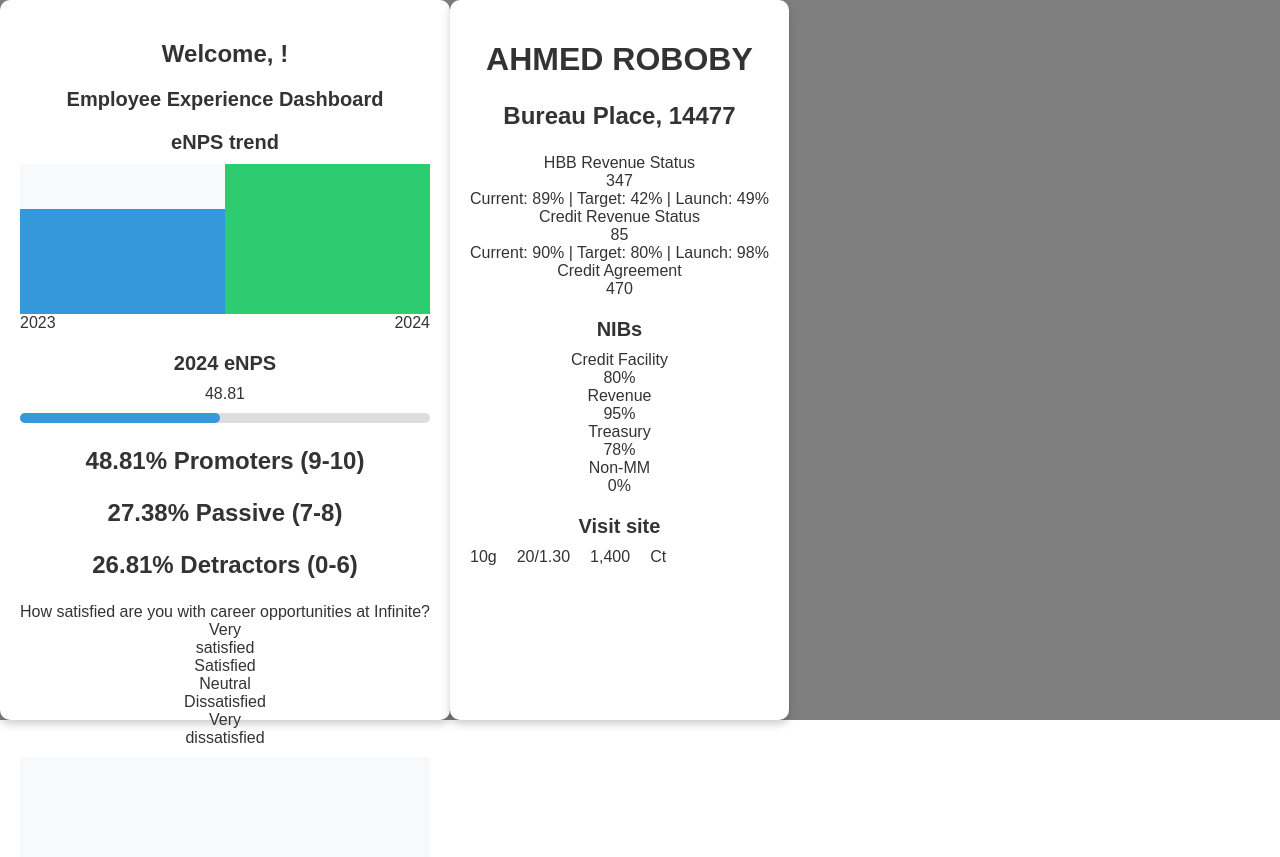
Repository: Ramaryal33/Airline-Management-System
Page: http://localhost/Airline_Management_System/WEB-INF/page/staffDashboard.jsp
The author's editor kept a copy of each file at every save. The page is drawn from the files as they stood at one save, then again after the next save.
The browser window is 1280 px wide. The pictures show the whole page.
The page is served by Tomcat 10. Nobody is signed in. The template is opened directly, without the code that normally fills it, so the values that code supplies are empty.

Above is the page before, as saved 2025-05-01 15:47:31.

After the next save:
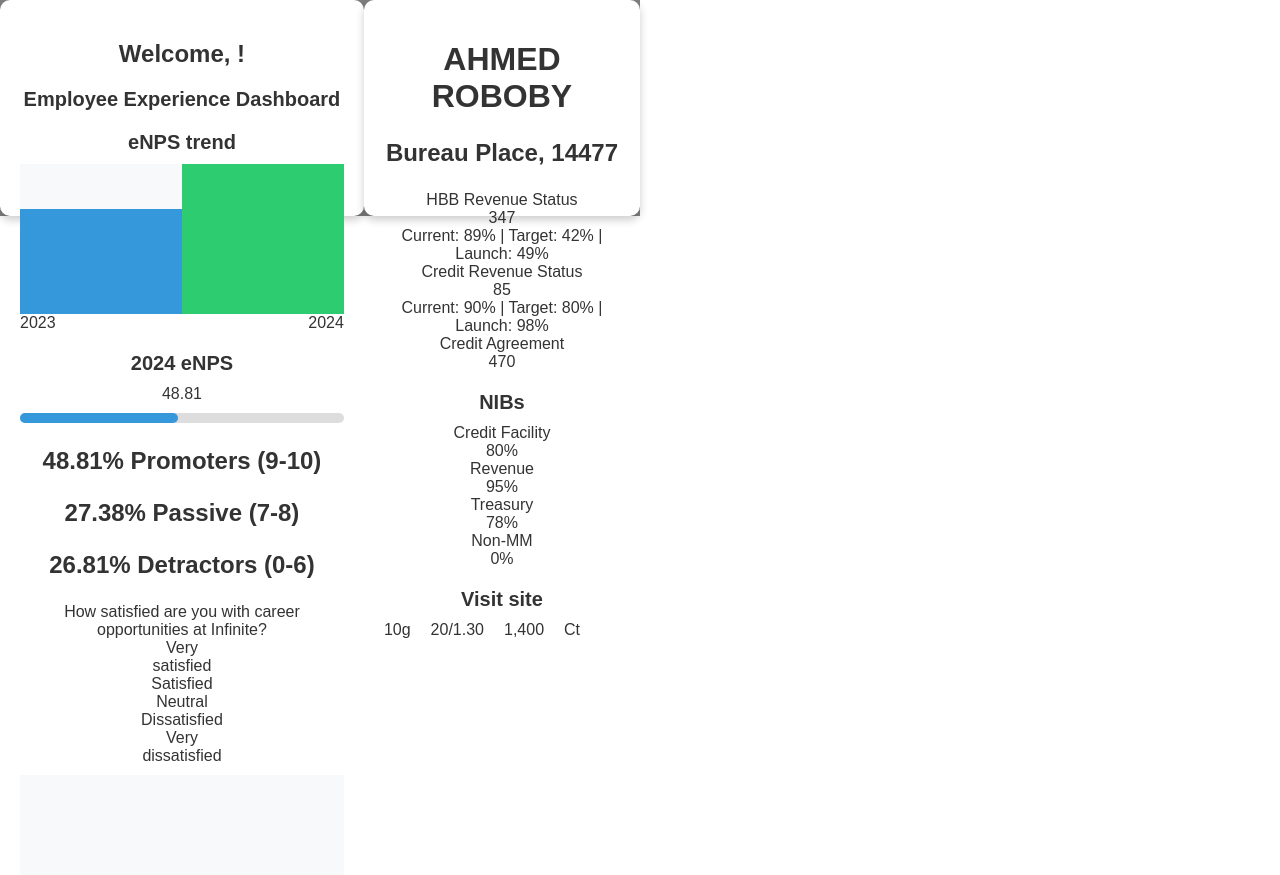
Saved 55 s later.
--- a/Airline_Management_System/src/main/webapp/css/staff.css
+++ b/Airline_Management_System/src/main/webapp/css/staff.css
@@ -14,8 +14,8 @@ body {
 
 .dashboard-container {
     display: flex;
-    width: 100%;
-    height: 100vh;
+    width: 50%;
+    height: 30vh;
     background-color: rgba(0, 0, 0, 0.5); /* Dark overlay */
 }
 
